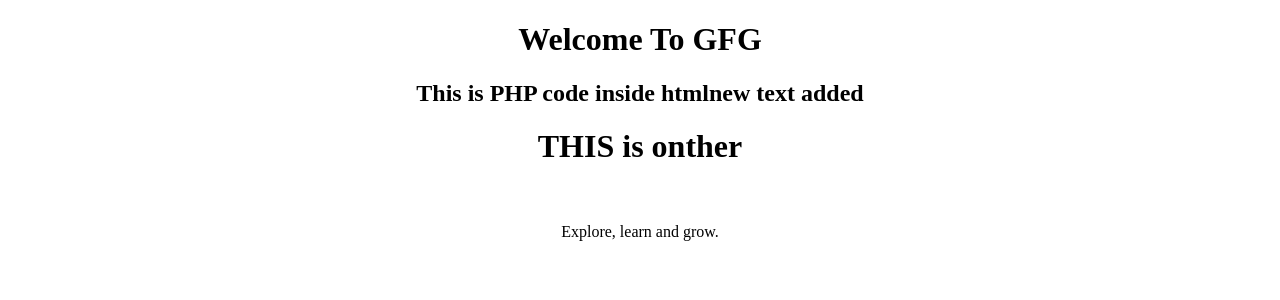
Repository: anish9914/phpprojectgh
Page: http://localhost/exsample1.php
The author's editor kept a copy of each file at every save. The page is drawn from the files as they stood at one save, then again after the next save.
The browser window is 1280 px wide. The pictures show the whole page.
The page is run by PHP 8.4 with error messages shown; the project is at /var/www/html/.

Above is the page before, as saved 2022-12-14 11:14:40.

After the next save:
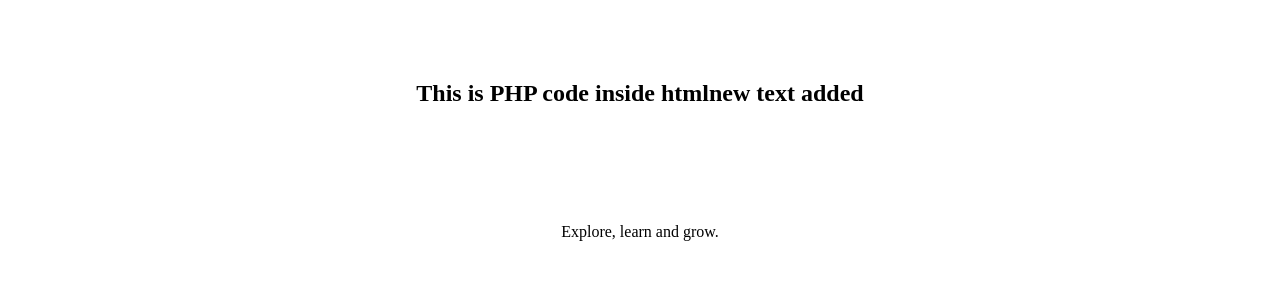
Saved 4 s later.
--- a/exsample1.php
+++ b/exsample1.php
@@ -4,7 +4,7 @@
 <head>
     <style>
         h1 {
-            color: whti;
+            color: white;
         }
     </style>
 </head>
